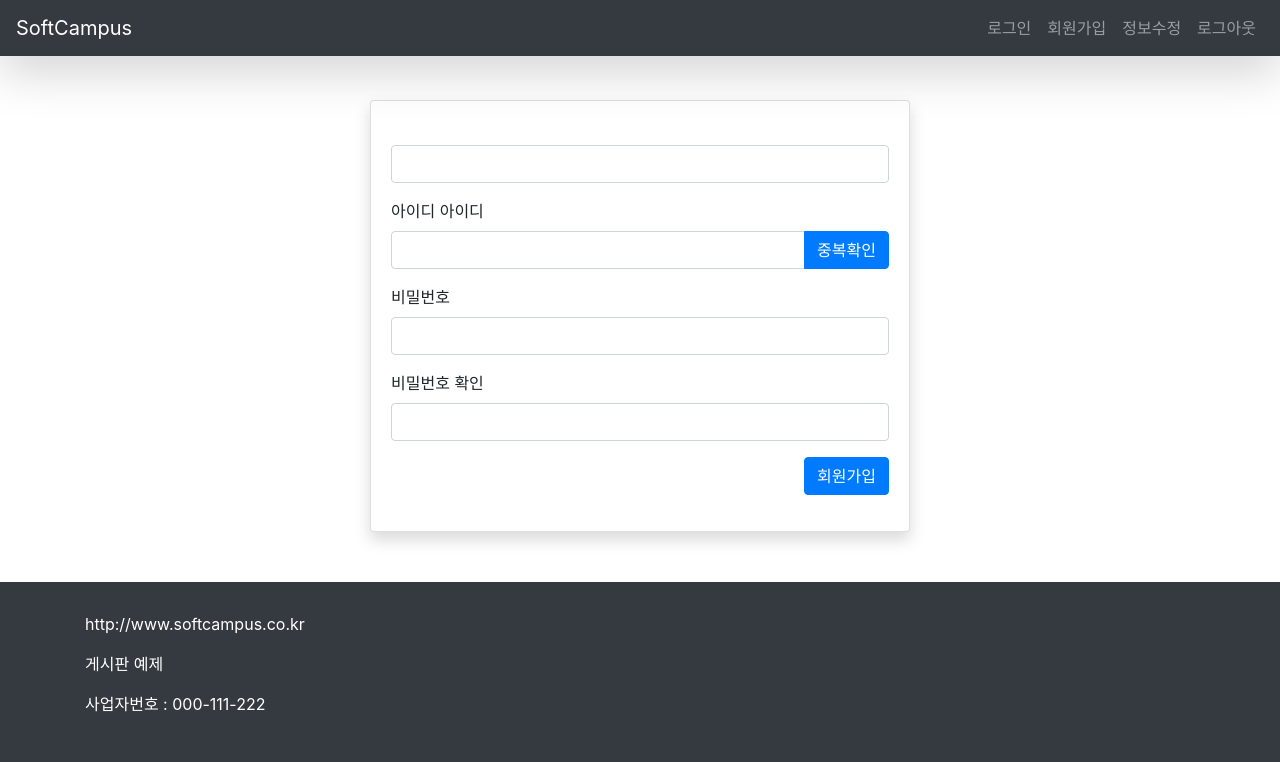
Repository: Wunhyeon/SpringMVC
Page: http://localhost/MiniProjectJava/WEB-INF/views/user/join.jsp
These files come from the project's save history. The page is drawn as it stood at one moment and after the next save; the edit follows.
The browser window is 1280 px wide. The pictures show the whole page.
The page is served by Tomcat 9. Nobody is signed in. The template is opened directly, without the code that normally fills it, so the values that code supplies are empty.

Above is the page before, as saved 2020-09-05 19:40:57.

After the next save:
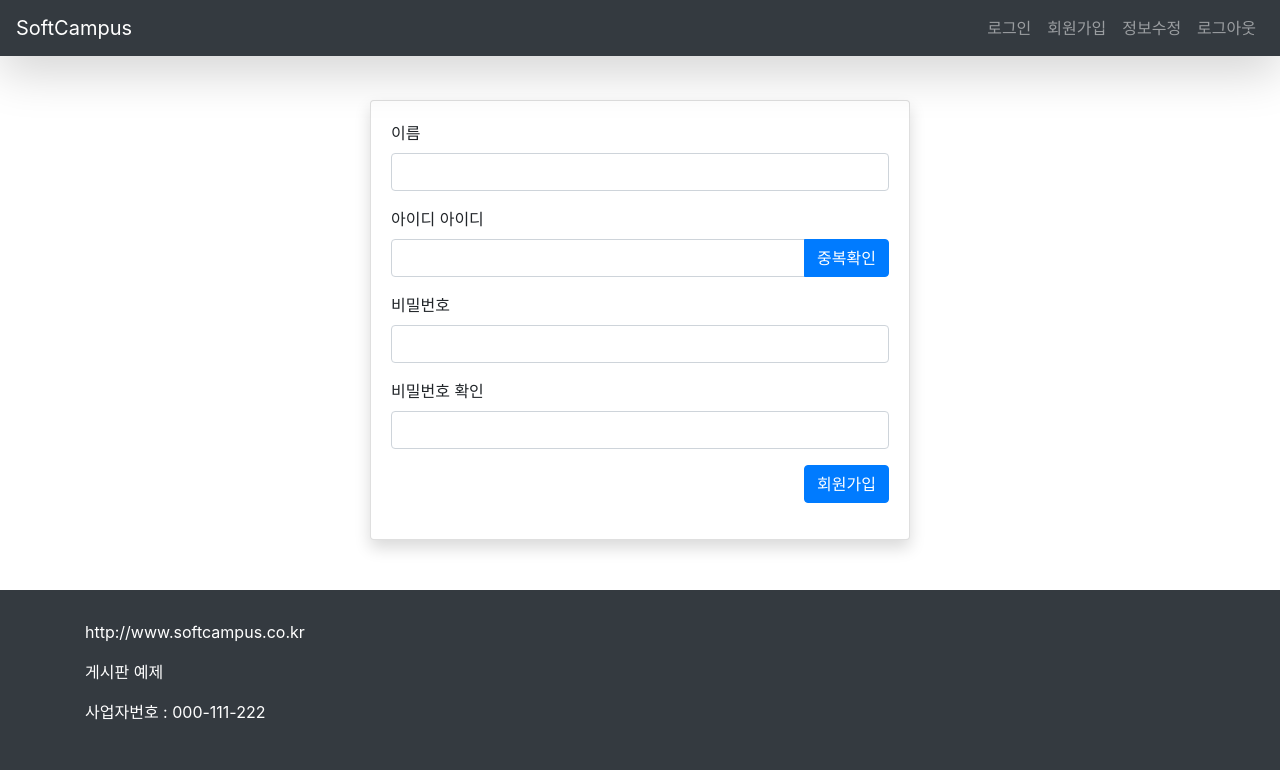
Saved 2 min 39 s later.
--- a/MiniProjectJava/WebContent/WEB-INF/views/user/join.jsp
+++ b/MiniProjectJava/WebContent/WEB-INF/views/user/join.jsp
@@ -31,7 +31,7 @@
 
 
 						<div class="form-group">
-							<form:label path="user_name"></form:label>
+							<form:label path="user_name">이름</form:label>
 							<form:input path="user_name" class="form-control"/>
 							<form:errors path="user_name"></form:errors>
 						</div>
